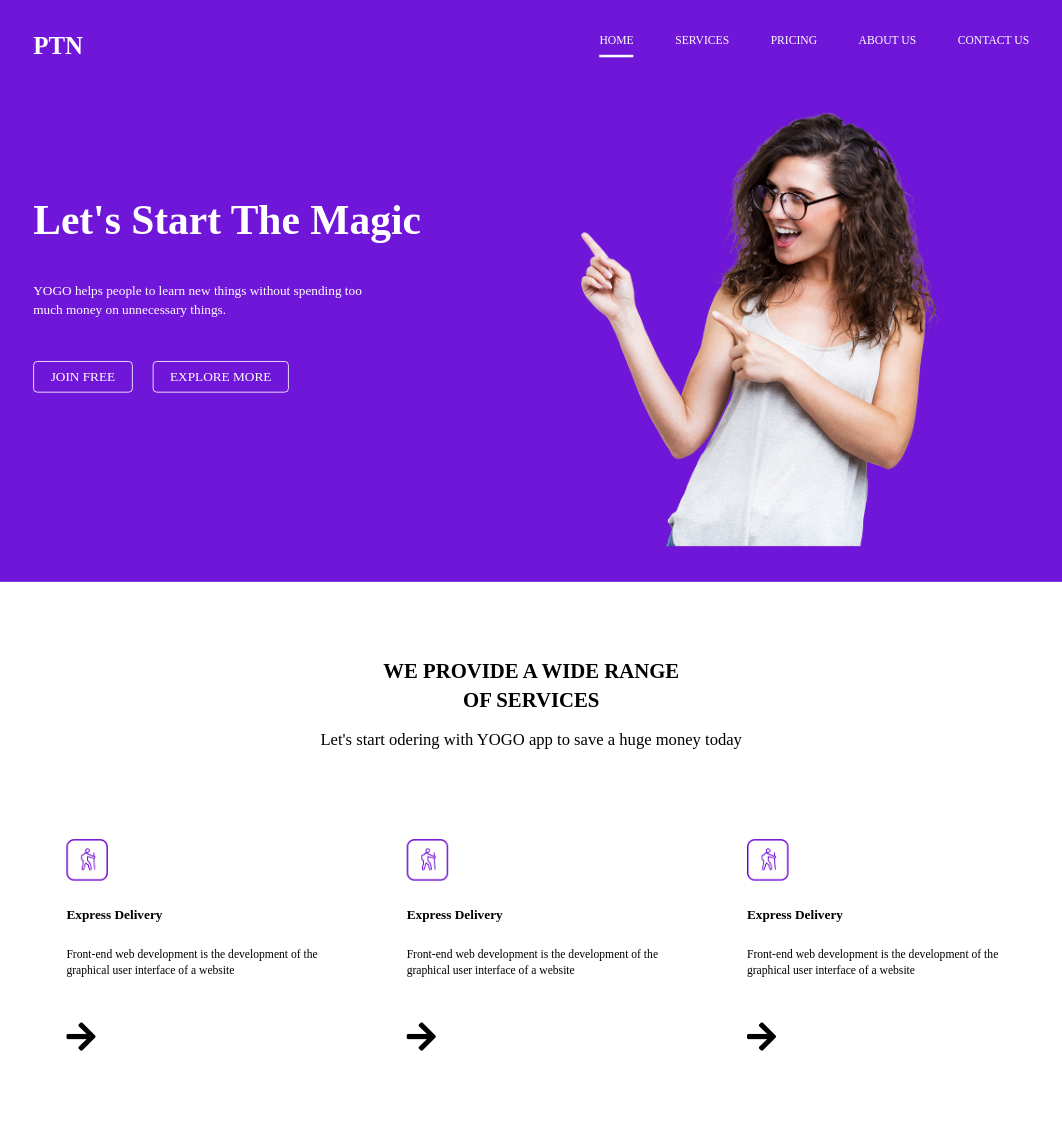
Repository: PhamTrungNguyen/LuyenTap
Page: index.html
An editor plug-in stored every save of this project. The page is shown before and after a run of saves, followed by the edit.
The browser window is 1280 px wide. The pictures show the whole page, at 83% of full size.
Some web fonts or font styles are not loaded; a fallback is used. The style sheet was rebuilt from its Sass, Less or Tailwind sources for each picture, by a compiler version that may differ from the author's.

Above is the page before, as saved 2021-12-05 20:06:41.

After the next 2 saves:
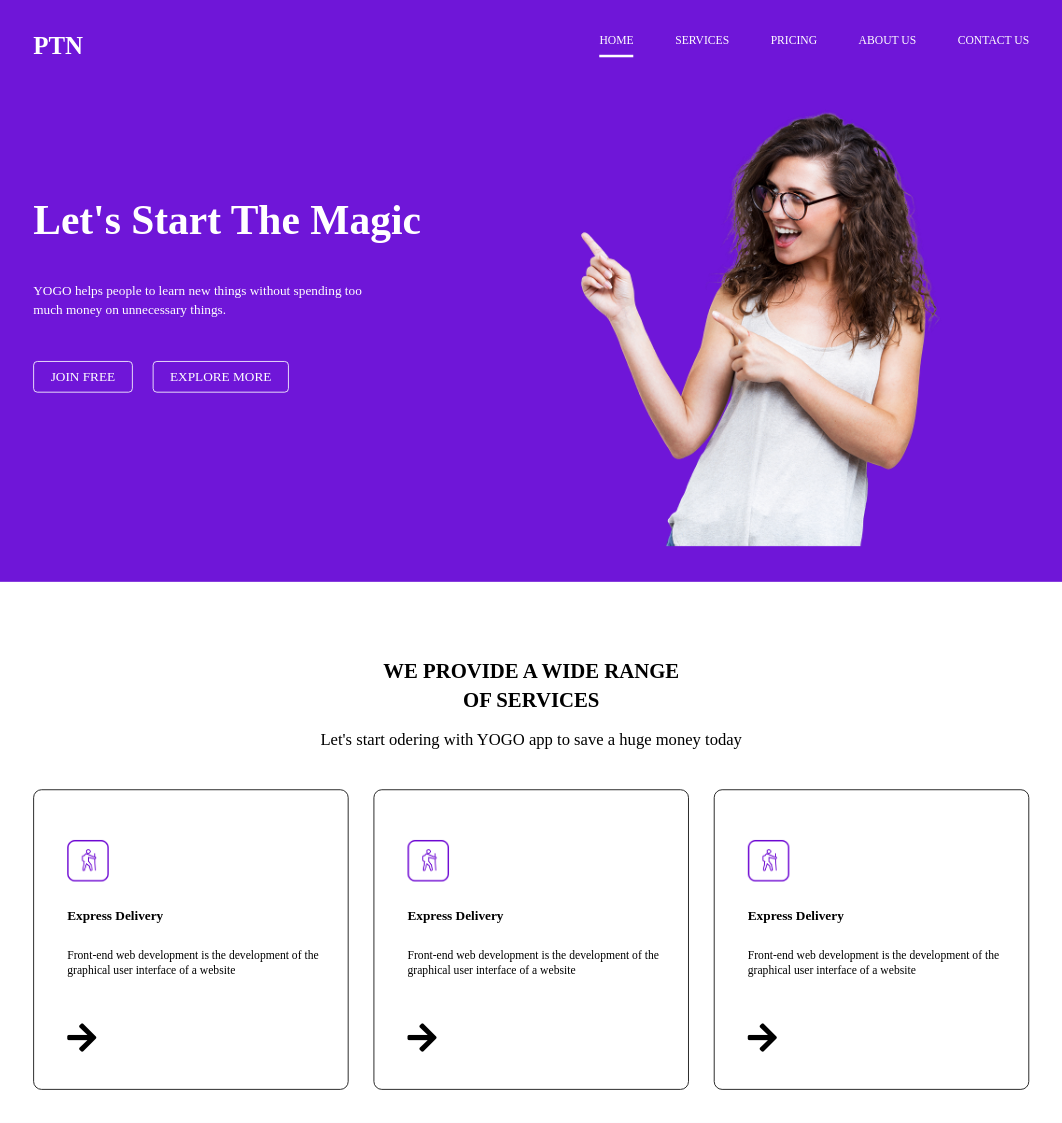
The 2 saves are shown as one change because they came seconds apart.
The last was saved 108 min 42 s later.
--- a/style.scss
+++ b/style.scss
@@ -210,6 +210,7 @@ img {
       // background-color: #6f16d8;
       border-radius:1rem;
       transition: all 0.75s ease;
+      border: 1px solid
     }
     &--list{
       width: calc(33.33% - 2rem);
